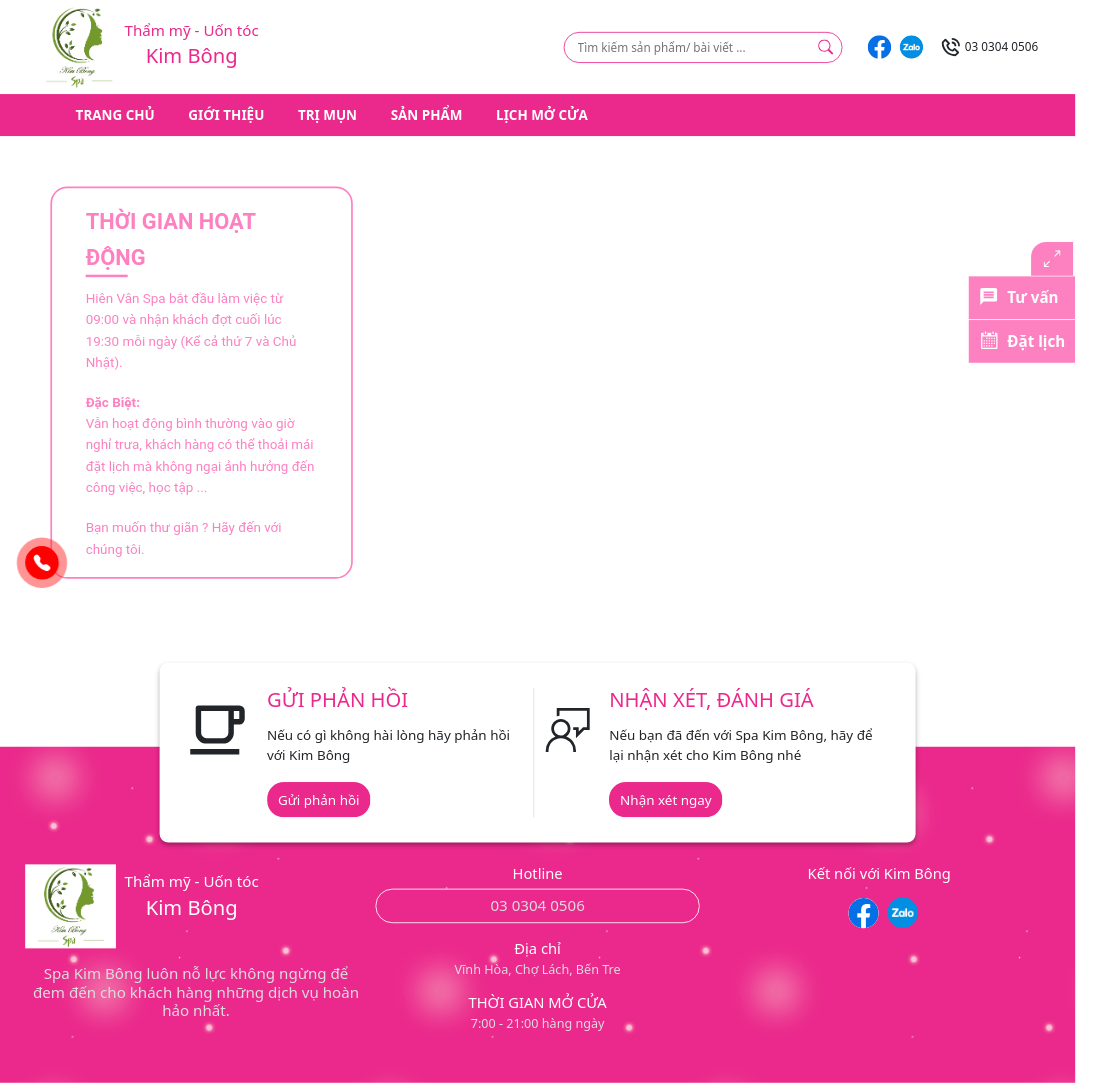
Repository: tranduykhuong/SpaKimBong
Page: /calendar
An editor plug-in stored every save of this project. The page is shown before and after the next save, followed by the edit.
The browser window is 1280 px wide. The page is 1300 px wide, then 1310 px, so the pictures cover 1310 px, including what lies to the right of the window. The pictures show the whole page, at 84% of full size.
The project was rebuilt for these pictures with package versions that can differ from the ones it lists, and the page was loaded fresh each time. Also part of the build but not shown: src/components/Banner/banner.scss, src/components/Banner/Banner.js, src/pages/Home/home.scss, src/pages/Home/ListImage/listImage.scss, src/pages/Home/ListImage/ListImage.js, src/pages/Home/BookOnline/bookOnl.scss, src/pages/Home/BookOnline/Modal/ModalBook/modalbook.scss, src/pages/Home/BookOnline/Modal/ModalBook/modalbook.js and 24 more.

Above is the page before, as saved 2022-06-06 23:31:47.

After the next save:
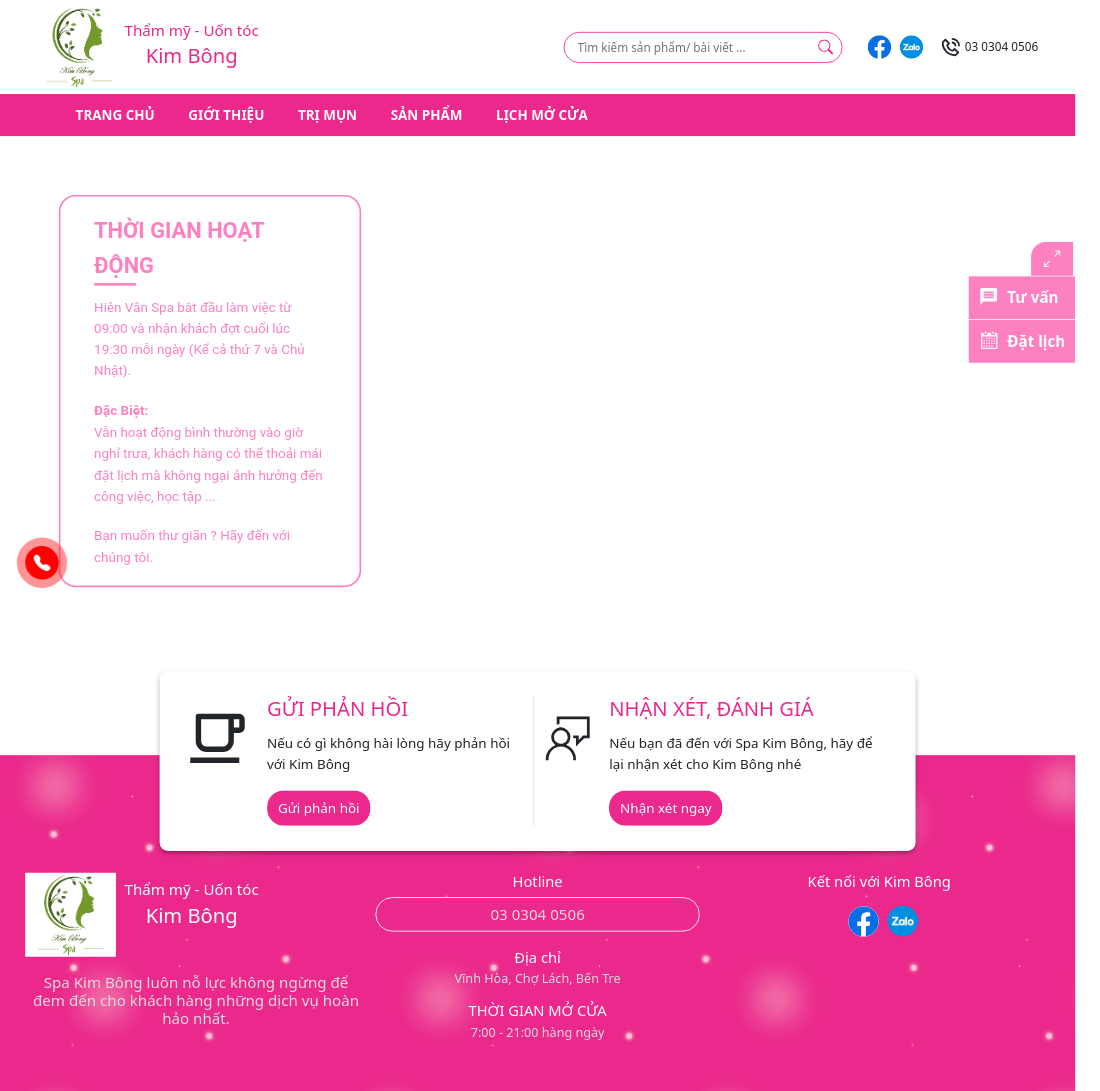
Saved 12 s later.
--- a/src/pages/Calendar/calendar.scss
+++ b/src/pages/Calendar/calendar.scss
@@ -6,7 +6,7 @@
       text-align: left;
       padding: 4rem;
       font-family: "Roboto", sans-serif;
-      margin: 2rem 0 0 2rem;
+      margin: 3rem 0 0 3rem;
 
       .calendar-content {
         width: 30%;
